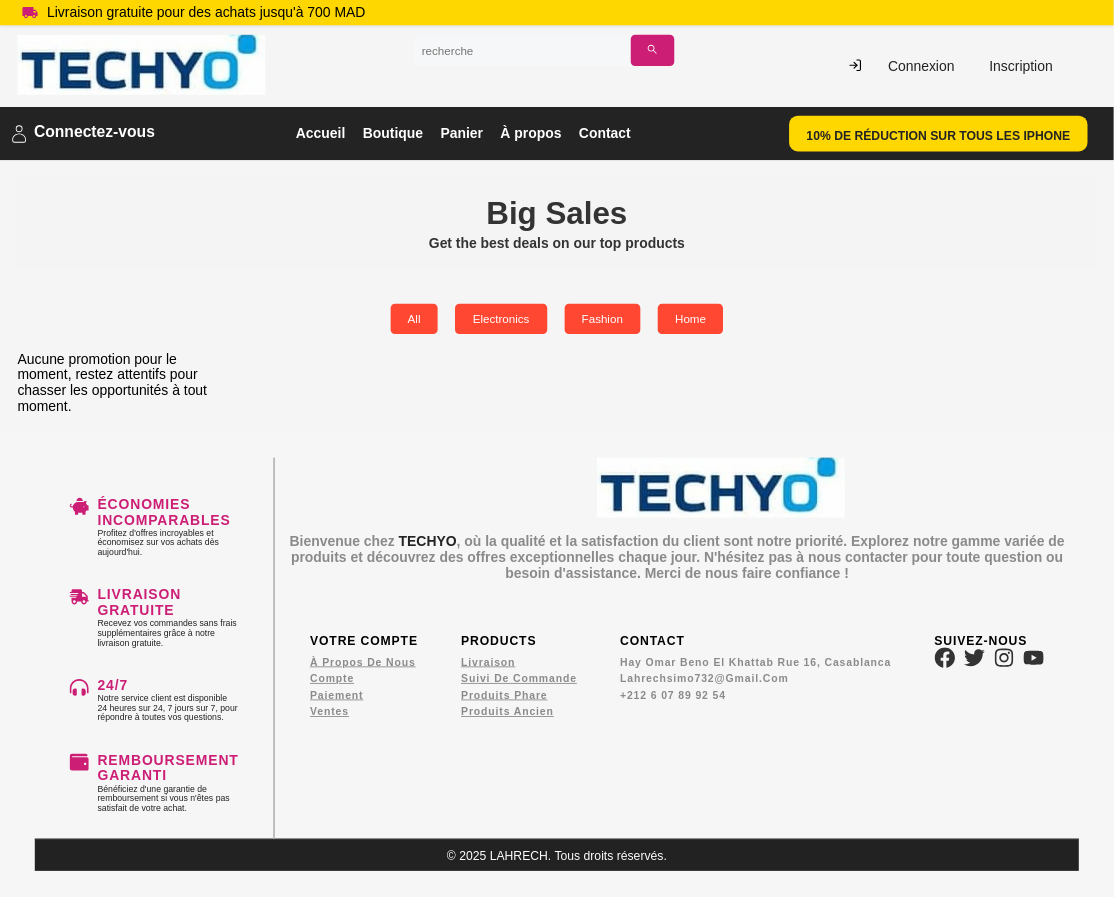
Repository: sebti-cloud/project-modern
Page: /sales (app in ecommerce_website/)
These files come from the project's save history. The page is drawn as it stood at one moment and after the next save; the edit follows.
The browser window is 1280 px wide. The pictures show the whole page, at 87% of full size.
The page's requests for data from a server got no answer. The project was rebuilt for these pictures with package versions that can differ from the ones it lists, and the page was loaded fresh each time. No one was signed in, and anything a server would have sent is missing. Also part of the build but not shown: ecommerce_website/src/comp/home.js, ecommerce_website/src/comp/shop.js, ecommerce_website/src/comp/cart.js, ecommerce_website/src/comp/contact.js, ecommerce_website/src/comp/rout.js, ecommerce_website/src/comp/Products.js, ecommerce_website/src/comp/Orders.js, ecommerce_website/src/comp/LikedProducts.js and 23 more.

Above is the page before, as saved 2025-01-08 18:27:56.

### ecommerce_website/src/styles/app.css
/* app.css */
body {
    font-family: Arial, sans-serif;
    margin: 0;
    padding: 0;
    background-color: #f5f5f5;
  }

  h1 {
    color: #333;
  }

  button {
    background-color: #007bff;
    color: white;
    border: none;
    padding: 10px 20px;
    cursor: pointer;
  }

  button:hover {
    background-color: #0056b3;
  }

### ecommerce_website/src/comp/Sales.js
import React, { useState, useEffect } from 'react';
import './sales.css';
import { AiOutlineShoppingCart } from 'react-icons/ai';

const Sales = ({ addtocart }) => {
    const [products, setProducts] = useState([]);
    const [loading, setLoading] = useState(true);
    const [filter, setFilter] = useState('all');

    useEffect(() => {
        fetchProducts();
    }, []);

    const fetchProducts = async () => {
        try {
            const response = await fetch('http://localhost:3001/api/products');
            const data = await response.json();
            const salesProducts = data.filter((x) => x.types && x.types.includes('sale'));
            setProducts(salesProducts);
            setLoading(false);
        } catch (error) {
            console.error('Error fetching products:', error);
            setLoading(false);
        }
    };

    const filterProducts = async (category) => {
        setFilter(category);
        setLoading(true);
        try {
            let url = `http://localhost:3001/api/products`;
            if (category !== 'all') {
                url += `?category=${category}`;
            }
            const response = await fetch(url);
            const data = await response.json();
            const filteredProducts = data.filter((x) => x.types && x.types.includes('sale'));
            setProducts(filteredProducts);
            setLoading(false);
        } catch (error) {
            console.error('Error fetching filtered products:', error);
            setLoading(false);
        }
    };

    return (
        <div className="sales">
            <div className="banner">
                <h2>Big Sales</h2>
                <p>Get the best deals on our top products</p>
            </div>
            <div className="filters">
                <button onClick={() => filterProducts('all')}>All</button>
                <button onClick={() => filterProducts('electronics')}>Electronics</button>
                <button onClick={() => filterProducts('fashion')}>Fashion</button>
                <button onClick={() => filterProducts('home')}>Home</button>
            </div>
            {loading ? (
                <div className="loading">Loading...</div>
            ) : (
                <div className="products_grid">
                    {products.length > 0 ? (
                        products.map(product => (
                            <div key={product.id} className="product_card">
                                <img src={`http://localhost:3001${product.image}`} alt={product.name} />
                                <h3>{product.name}</h3>
                                <p>{product.price} MAD</p>
                                <button onClick={() => addtocart(product)}>
                                    <AiOutlineShoppingCart /> Add to Cart
                                </button>
                            </div>
                        ))
                    ) : (
                        <div className="no-promotions">
                            Aucune promotion pour le moment, restez attentifs pour chasser les opportunités à tout moment.
                        </div>
                    )}
                </div>
            )}
        </div>
    );
};

export default Sales;

### ecommerce_website/src/comp/footer.css
* {
    margin: 0;
    padding: 0;
    font-family: sans-serif;
    box-sizing: border-box;
}

.footer {
    width: 100%;
    padding: 30px 40px;
    background: #f6f6f6;
}

.footer .container {
    display: flex;
    max-width: 100%;
}

.footer .container .left-box {
    width: 30%;
    padding: 20px 20px;
    border-right: 2px solid #b8b7b7;
}

.footer .container .left-box .box {
    display: flex;
    padding: 10px 20px;
    margin-top: 15px;

}

.footer .container .left-box .box .icon_box {
    font-size: 22px;
    color: #cd1e76;
}

.footer .container .left-box .box .detail {
    margin-left: 10px;
}

.footer .container .left-box .box .detail h3 {
    text-transform: uppercase;
    font-size: 16px;
    color: #cd1e76;
    font-weight: 600;
    letter-spacing: 1px;
}

.footer .container .left-box .box .detail p {
    font-size: 10px;
    color: #232323;
}

.footer .container .right_box .header {
    max-width: 100%;
    align-items: center;
}

.footer .container .right_box img {
    margin-left: 40%;
}

.footer .container .right_box .header p {
    margin-top: 15px;
    font-style: 14px;
    text-align: center;
    font-weight: 600;
    color: #8a8a8a;

}
.footer .container .right_box .header p span {
    color: #232323;
    margin-top: 15px;
    font-style: 14px;
    text-align: center;
    font-weight: 600;
    font-style: bold;
}
.footer .container .right_box .bottom {
    padding: 20px 20px;
    margin-top: 30px;
    width: 100%;
    display: flex;
    justify-content: space-between;
}

.footer .container .right_box .bottom .box {
    padding: 10px 20px;
}

.footer .container .right_box .bottom .box h3 {
    text-transform: uppercase;
    font-size: 14px;
    letter-spacing: 1px;

}

.footer .container .right_box .bottom .box ul li {
    list-style: none;
    margin-top: 5px;
    color: #8a8a8a;
    text-transform: capitalize;
    letter-spacing: 1px;
    font-size: 12px;
    font-weight: 600;
    cursor: pointer;
    transition: 0.5s;
}

.footer .container .right_box .bottom .box ul li {
    list-style: none;
    margin-top: 5px;
    color: #8a8a8a;
    text-transform: capitalize;
    letter-spacing: 1px;
    font-size: 12px;
    font-weight: 600;
    cursor: pointer;
    transition: 0.5s;
}

.footer .container .right_box .bottom .box ul li:hover {
    color: #cd1e76;
}

.footer .container .right_box .bottom .box ul {
    margin-top: 10px;
}

.footer .container .right_box .bottom .box ul li a {
    list-style: none;
    margin-top: 5px;
    color: #8a8a8a;
    text-transform: capitalize;
    letter-spacing: 1px;
    font-size: 12px;
    font-weight: 600;
    cursor: pointer;
    transition: 0.5s;
}

.footer .container .right_box .bottom .box ul li a:hover {
    color: #cd1e76;
}
.footer .social_links {
    display: flex;
    gap: 10px;
}

.footer .social_links a {
    font-size: 24px;
    color: #333;
    transition: color 0.3s;
}

.footer .social_links a:hover {
    color: #000;
}
.footer-copyright {
    text-align: center;
    padding: 10px 0;
    background-color: #222; /* Couleur de fond pour différencier */
    color: #fff; /* Texte blanc */
    font-size: 14px;
    border-top: 1px solid #444; /* Ligne séparatrice */
}

### ecommerce_website/src/comp/sales.css
.sales {
    width: 100%;
    padding: 20px;
}

.banner {
    text-align: center;
    background-color: #ff4732;
    color: #fff;
    padding: 20px 0;
}

.banner h2 {
    font-size: 36px;
    margin: 0;
}

.banner p {
    font-size: 16px;
}

.filters {
    display: flex;
    justify-content: center;
    margin: 20px 0;
}

.filters button {
    margin: 0 10px;
    padding: 10px 20px;
    border: none;
    background-color: #ff4732;
    color: #fff;
    cursor: pointer;
    transition: background-color 0.3s ease;
}

.filters button:hover {
    background-color: #e03c2f;
}

.products_grid {
    display: grid;
    grid-template-columns: repeat(auto-fill, minmax(200px, 1fr));
    gap: 20px;
}

.product_card {
    background-color: #fff;
    border: 1px solid #ddd;
    padding: 10px;
    text-align: center;
    transition: transform 0.3s ease;
}

.product_card img {
    max-width: 100%;
    height: auto;
}

.product_card h3 {
    font-size: 18px;
    margin: 10px 0;
}

.product_card p {
    font-size: 16px;
    color: #ff4732;
    margin: 10px 0;
}

.product_card button {
    background-color: #ff4732;
    color: #fff;
    border: none;
    padding: 10px 20px;
    cursor: pointer;
    transition: background-color 0.3s ease;
}

.product_card button:hover {
    background-color: #e03c2f;
}

### ecommerce_website/src/comp/delivery.css
.delivery {
    width: 100%;
    padding: 20px;
    font-family: 'Arial', sans-serif;
    color: #333;
}

.banner {
    text-align: center;
    background-color: #007BFF;
    color: #fff;
    padding: 40px 0;
    margin-bottom: 40px;
}

.banner h2 {
    font-size: 36px;
    margin: 0;
}

.banner p {
    font-size: 16px;
    color: #333;
    font-weight: 600;
}

.options, .tracking, .faq, .contact {
    margin-top: 40px;
}

.options h3, .tracking h3, .faq h3, .contact h3 {
    font-size: 28px;
    margin-bottom: 20px;
    border-bottom: 2px solid #007BFF;
    padding-bottom: 10px;
    color: #cd176c;
}

.options ul, .faq ul {
    list-style-type: none;
    padding: 0;
}

.options li, .faq li {
    margin-bottom: 20px;
    padding: 20px;
    border: 1px solid #ddd;
    border-radius: 5px;
    background-color: #f9f9f9;
    transition: background-color 0.3s ease, border-color 0.3s ease;
}

.options li:hover, .faq li:hover {
    background-color: #fed700;
    border-color: #0056b3;
    color: #232323;
}

.options li h4, .faq li h4 {
    font-size: 22px;
    margin: 0 0 10px;
}

.tracking input {
    padding: 10px;
    width: calc(100% - 150px);
    margin-right: 10px;
    font-size: 16px;
    border: 1px solid #ddd;
    border-radius: 5px;
    box-sizing: border-box;
}

.tracking button {
    padding: 10px 20px;
    background-color: #007BFF;
    color: #fff;
    border: none;
    cursor: pointer;
    transition: background-color 0.3s ease;
    border-radius: 5px;
}

.tracking button:hover {
    background-color: #0056b3;
}

.tracking-info {
    margin-top: 20px;
    padding: 20px;
    background-color: #f9f9f9;
    border: 1px solid #ddd;
    border-radius: 5px;
}

.contact a {
    color: #cd176c;
    text-decoration: none;
}

.contact a:hover {
    text-decoration: underline;
}

.contact p {
    margin: 0;
}

### ecommerce_website/src/comp/TrackOrder.css
* {
    margin: 0;
    padding: 0;
    box-sizing: border-box;
}

.main {
    width: 100%;
    height: 100vh;
    display: flex;
    justify-content: center;
    align-items: center;
    font-family: 'Poppins', sans-serif;
    flex-direction: column;
}

.main .head {
    text-align: center;
}

.main .head .head_1 {
    font-size: 30px;
    font-weight: 600;
    color: #333;
}

.main .head .head_1 span {
    color: #ff4732;
}

.main .head .head_2 {
    font-size: 16px;
    font-weight: 600;
    color: #333;
    margin-top: 3px;
}

.main ul {
    display: flex;
    margin-top: 80px;
}

.main ul li {
    list-style: none;
    display: flex;
    flex-direction: column;
    align-items: center;
}

.main ul li .icon {
    font-size: 35px;
    color: #ff4732;
    margin: 0 60px;
}

.main ul li .text {
    font-size: 14px;
    font-weight: 600;
    color: #ff4732;
}

/* Progress Div Css */
.main ul li .progress {
    width: 30px;
    height: 30px;
    border-radius: 50%;
    background-color: rgba(68, 68, 68, 0.781);
    margin: 14px 0;
    display: grid;
    place-items: center;
    color: #fff;
    position: relative;
    cursor: pointer;
}

.progress::after {
    content: " ";
    position: absolute;
    width: 125px;
    height: 5px;
    background-color: rgba(68, 68, 68, 0.781);
    right: 30px;
}

.one::after {
    width: 0;
    height: 0;
}

.main ul li .progress .uil {
    display: none;
}

.main ul li .progress p {
    font-size: 13px;
}

/* Active Css */
.main ul li .active {
    background-color: #ff4732;
    display: grid;
    place-items: center;
}

li .active::after {
    background-color: #ff4732;
}

.main ul li .active p {
    display: none;
}

.main ul li .active .uil {
    font-size: 20px;
    display: flex;
}

/* Responsive Css */
@media (max-width: 980px) {
    .main ul {
        flex-direction: column;
    }

    .main ul li {
        flex-direction: row;
    }

    .main ul li .progress {
        margin: 0 30px;
    }

    .progress::after {
        width: 5px;
        height: 55px;
        bottom: 30px;
        left: 50%;
        transform: translateX(-50%);
        z-index: -1;
    }

    .one::after {
        height: 0;
    }

    .main ul li .icon {
        margin: 15px 0;
    }
}

@media (max-width: 600px) {
    .head .head_1 {
        font-size: 24px;
    }

    .head .head_2 {
        font-size: 16px;
    }
}

### ecommerce_website/src/comp/topProducts.css
.topProducts {
    width: 100%;
    padding: 20px;
}

.banner {
    text-align: center;
    background-color: #ff4732;
    color: #fff;
    padding: 20px 0;
}

.banner h2 {
    font-size: 36px;
    margin: 0;
}

.banner p {
    font-size: 16px;
}

.filters {
    display: flex;
    justify-content: center;
    margin: 20px 0;
}

.filters button {
    margin: 0 10px;
    padding: 10px 20px;
    border: none;
    background-color: #ff4732;
    color: #fff;
    cursor: pointer;
    transition: background-color 0.3s ease;
}

.filters button:hover {
    background-color: #e03c2f;
}

.products_grid {
    display: grid;
    grid-template-columns: repeat(auto-fill, minmax(200px, 1fr));
    gap: 20px;
}

.product_card {
    background-color: #fff;
    border: 1px solid #ddd;
    padding: 10px;
    text-align: center;
    transition: transform 0.3s ease;
}

.product_card img {
    max-width: 100%;
    height: auto;
}

.product_card h3 {
    font-size: 18px;
    margin: 10px 0;
}

.product_card p {
    font-size: 16px;
    color: #ff4732;
    margin: 10px 0;
}

.product_card .rating {
    display: flex;
    justify-content: center;
    margin: 10px 0;
}

.product_card button {
    background-color: #ff4732;
    color: #fff;
    border: none;
    padding: 10px 20px;
    cursor: pointer;
    transition: background-color 0.3s ease;
}

.product_card button:hover {
    background-color: #e03c2f;
}

### ecommerce_website/src/comp/oldProduct.css
.oldProducts {
    width: 100%;
    padding: 20px;
}

.banner {
    text-align: center;
    background-color: #f4f4f4;
    padding: 20px 0;
}

.banner h2 {
    font-size: 36px;
    margin: 0;
}

.banner p {
    font-size: 16px;
}

.filters {
    display: flex;
    justify-content: center;
    margin: 20px 0;
}

.filters button {
    margin: 0 10px;
    padding: 10px 20px;
    border: none;
    background-color: #ff4732;
    color: #fff;
    cursor: pointer;
    transition: background-color 0.3s ease;
}

.filters button:hover {
    background-color: #e03c2f;
}

.products_grid {
    display: grid;
    grid-template-columns: repeat(auto-fill, minmax(200px, 1fr));
    gap: 20px;
}

.product_card {
    background-color: #fff;
    border: 1px solid #ddd;
    padding: 10px;
    text-align: center;
    transition: transform 0.3s ease;
}

.product_card img {
    max-width: 100%;
    height: auto;
}

.product_card h3 {
    font-size: 18px;
    margin: 10px 0;
}

.product_card p {
    font-size: 16px;
    color: #ff4732;
    margin: 10px 0;
}

.product_card button {
    background-color: #ff4732;
    color: #fff;
    border: none;
    padding: 10px 20px;
    cursor: pointer;
    transition: background-color 0.3s ease;
}

.product_card button:hover {
    background-color: #e03c2f;
}

### ecommerce_website/src/comp/register.css
/* Styles pour le conteneur d'inscription uniquement */
.register-page {
    height: 100vh;
    display: flex;
    justify-content: center;
    align-items: center;
    background: linear-gradient(135deg, #ff9a9e 0%, #fad0c4 100%);
    margin: 0;
    padding: 0;
    font-family: 'Arial', sans-serif;
  }

  .register-container {
    width: 100%;
    max-width: 400px;
    background: #fff;
    padding: 40px;
    border-radius: 10px;
    box-shadow: 0 4px 8px rgba(0, 0, 0, 0.1);
  }

  .register-form-container {
    display: flex;
    flex-direction: column;
    align-items: center;
  }

  h2 {
    margin-bottom: 20px;
    color: #333;
  }

  .input-group {
    width: 100%;
    margin-bottom: 20px;
  }

  .input-group label {
    display: block;
    margin-bottom: 5px;
    color: #666;
  }

  .input-group input, .input-group textarea {
    width: 100%;
    padding: 10px;
    border: 1px solid #ddd;
    border-radius: 5px;
    transition: all 0.3s;
  }

  .input-group.name input, .input-group.phone input, .input-group.password input, .input-group.email input, .input-group.address textarea {
    width: 100%;
  }

  .input-group input:focus, .input-group textarea:focus {
    border-color: #ff6f61;
    box-shadow: 0 0 8px rgba(255, 111, 97, 0.3);
    outline: none;
  }

  .register-button {
    width: 100%;
    padding: 10px 0;
    background: #ff6f61;
    color: #fff;
    border: none;
    border-radius: 5px;
    font-weight: bold;
    cursor: pointer;
    transition: all 0.3s;
  }

  .register-button:hover {
    background: #e65c53;
  }

### ecommerce_website/src/comp/login.css
/* Styles pour le conteneur de connexion uniquement */
.login-page {
    height: 100vh;
    display: flex;
    justify-content: center;
    align-items: center;
    background: linear-gradient(135deg, #ff9a9e 0%, #fad0c4 100%);
    margin: 0;
    padding: 0;
    font-family: 'Arial', sans-serif;
}

.login-container {
    width: 100%;
    max-width: 400px;
    background: #fff;
    padding: 40px;
    border-radius: 10px;
    box-shadow: 0 4px 8px rgba(0, 0, 0, 0.1);
}

.login-form-container {
    display: flex;
    flex-direction: column;
    align-items: center;
}

h2 {
    margin-bottom: 20px;
    color: #333;
}

.input-group {
    width: 100%;
    margin-bottom: 20px;
}

.input-group label {
    display: block;
    margin-bottom: 5px;
    color: #232323;
}

.input-group input {
    width: 100%;
    padding: 10px;
    border: 1px solid #ddd;
    border-radius: 5px;
    transition: all 0.3s;
}

.input-group.password input {
    width: 100%;
    /* Augmenter la largeur à 100% du conteneur parent */
}


.input-group input:focus {
    border-color: #ff6f61;
    box-shadow: 0 0 8px rgba(255, 111, 97, 0.3);
    outline: none;
}

.login-button {
    width: 100%;
    padding: 10px 0;
    background: #ff6f61;
    color: #fff;
    border: none;
    border-radius: 5px;
    font-weight: bold;
    cursor: pointer;
    transition: all 0.3s;
    margin-bottom: 10px;
}

.login-button:hover {
    background: #e65c53;
}

.google-login-button {
    width: 100%;
    padding: 10px 0;
    background: #4285f4;
    color: #fff;
    border: none;
    border-radius: 5px;
    font-weight: bold;
    cursor: pointer;
    transition: all 0.3s;
}

.google-login-button:hover {
    background: #357ae8;
}

.signup-link {
    margin-top: 20px;
    color: #666;
    font-size: 14px;
}

.signup-link a {
    color: #4285f4;
    text-decoration: none;
}

.signup-link a:hover {
    text-decoration: underline;
}

### ecommerce_website/src/comp/UserProfile.css
.profile-container {
    display: flex;
    flex-direction: column;
    align-items: center;
    padding: 20px;
    background-color: #f5f5f5;
    border-radius: 10px;
    box-shadow: 0 0 10px rgba(0, 0, 0, 0.1);
  }

  .profile-title {
    font-size: 24px;
    font-weight: bold;
    margin-bottom: 20px;
  }

  .profile-photo {
    width: 150px;
    height: 150px;
    border-radius: 50%;
    object-fit: cover;
    margin-bottom: 20px;
  }

  .profile-placeholder {
    font-size: 18px;
    color: #888;
    margin-bottom: 20px;
  }

  button {
    background-color: #4caf50;
    color: white;
    padding: 10px 20px;
    border: none;
    border-radius: 5px;
    cursor: pointer;
  }

  button:hover {
    background-color: #45a049;
  }

  input[type="file"] {
    margin-bottom: 20px;
  }

### ecommerce_website/src/comp/contact.css
* {
    margin: 0;
    padding: 0;
    font-family: sans-serif;
    box-sizing: border-box;
}

.contact {
    padding: 20px 40px;
    width: 100%;
}

.contact .container {
    padding: 10px 20px;
    max-width: 100%;
}

.contact .container .form {
    width: 500px;
    background: #f6f6f6;
    padding: 20px 30px;
    box-shadow: rgba(0, 0, 0, 0.24) 0px 3px 8px;
    margin: 0px auto;
    border-top: 3px solid #fed700;
    border-radius: 5px;
}

.contact .container .form h2 {
    color: #cd1e76;
    text-transform: uppercase;
    font-size: 18px;
    letter-spacing: 1px;
    font-weight: 600;
}

.contact .container .form .box {
    display: flex;
    margin-top: 20px;
    justify-content: space-between;
    width: 100%; /* Assure la pleine largeur de la boîte */
}

.contact .container .form .box .label h4 {
    margin-left: 30px;
    color: #232323;
    font-size: 14px;
    font-weight: 600;
    margin-top: 10px;
}

.contact .container .form .box .input input,
.contact .container .form .box .input textarea {
    width: calc(100% - 40px); /* Ajuste la largeur pour permettre un padding */
    margin-right: 16px; /* Correction de la marge */
    border: none;
    outline: none;
    background: none;
    border-bottom: 2px solid #8a8a8a;
    padding: 10px 20px;
}

.contact .container .form .box .input textarea {
    resize: none;
}

.contact .container .form button {
    margin-top: 20px;
    margin-left: 30px;
    padding: 10px 30px;
    color: #232323;
    border: none;
    outline: none;
    background: #fed700;
    cursor: pointer;
}

Loaded but not shown: ecommerce_website/public/index.html (common file); ecommerce_website/src/App.js (449 lines, source omitted); ecommerce_website/src/comp/nav.js (328 lines, source omitted); ecommerce_website/src/comp/footer.js (127 lines, source omitted); ecommerce_website/src/comp/home_product.js (112 lines, source omitted); ecommerce_website/src/index.js (22 lines, source omitted); ecommerce_website/src/comp/home.css (648 lines, source omitted); ecommerce_website/src/comp/admin.css (473 lines, source omitted); ecommerce_website/src/comp/shop.css (317 lines, source omitted); ecommerce_website/src/comp/cart.css (240 lines, source omitted); ecommerce_website/src/comp/nav.css (230 lines, source omitted)

After the next save:
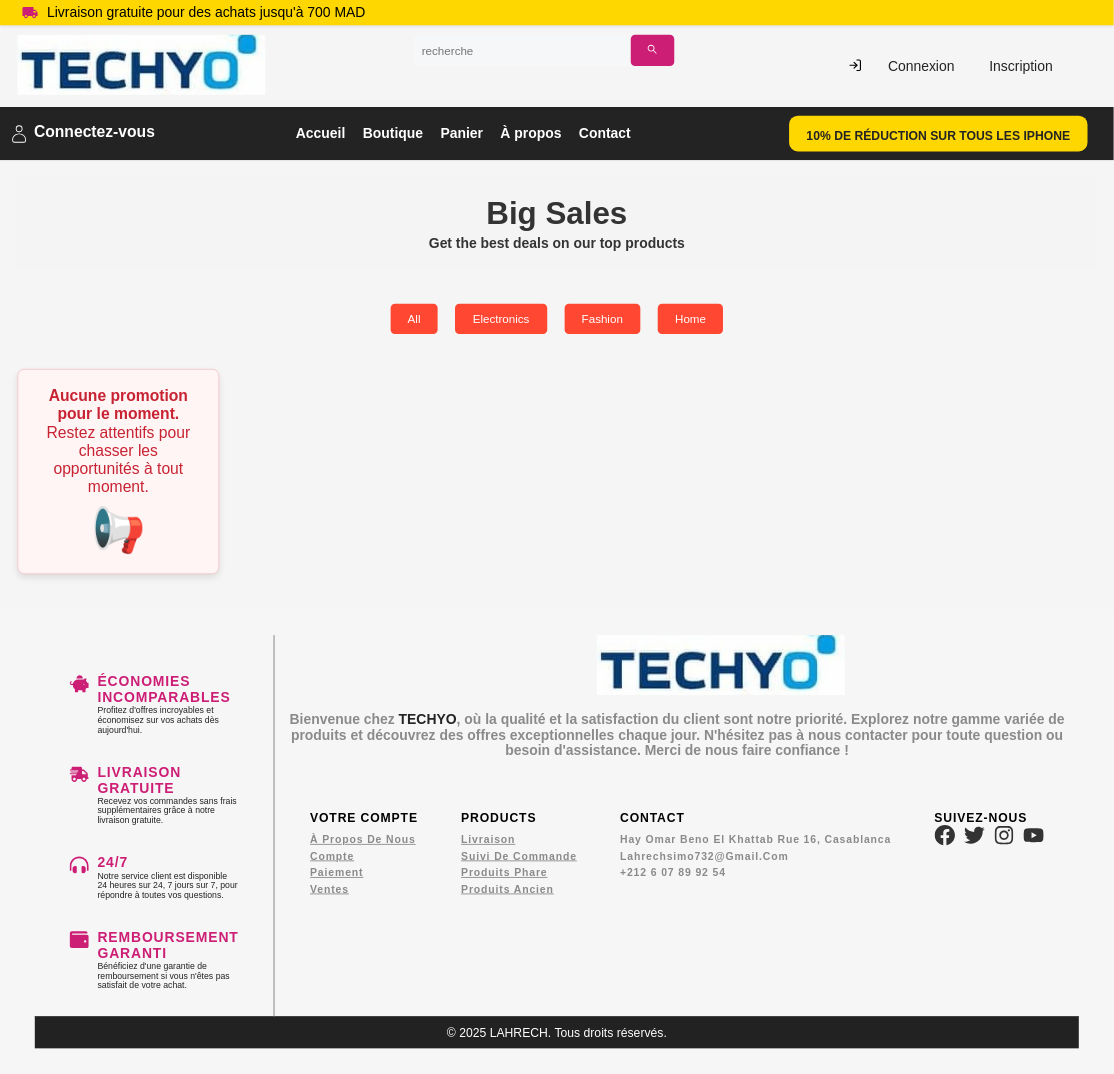
Saved 3 min 43 s later.
--- a/ecommerce_website/src/comp/Sales.js
+++ b/ecommerce_website/src/comp/Sales.js
@@ -71,8 +71,23 @@
                             </div>
                         ))
                     ) : (
-                        <div className="no-promotions">
-                            Aucune promotion pour le moment, restez attentifs pour chasser les opportunités à tout moment.
+                        <div className="no-promotions" style={{
+                            textAlign: 'center',
+                            backgroundColor: '#fff5f5',
+                            color: '#c82333',
+                            padding: '20px',
+                            borderRadius: '8px',
+                            border: '1px solid #f5c6cb',
+                            marginTop: '20px',
+                            boxShadow: '0 4px 8px rgba(0, 0, 0, 0.1)',
+                            fontFamily: 'Arial, sans-serif',
+                            fontSize: '18px',
+                            maxWidth: '600px',
+                            margin: '20px auto'
+                        }}>
+                            <strong>Aucune promotion pour le moment.</strong>
+                            <p>Restez attentifs pour chasser les opportunités à tout moment.</p>
+                            <div style={{ fontSize: '50px', color: '#c82333', marginTop: '10px' }}>📢</div>
                         </div>
                     )}
                 </div>
